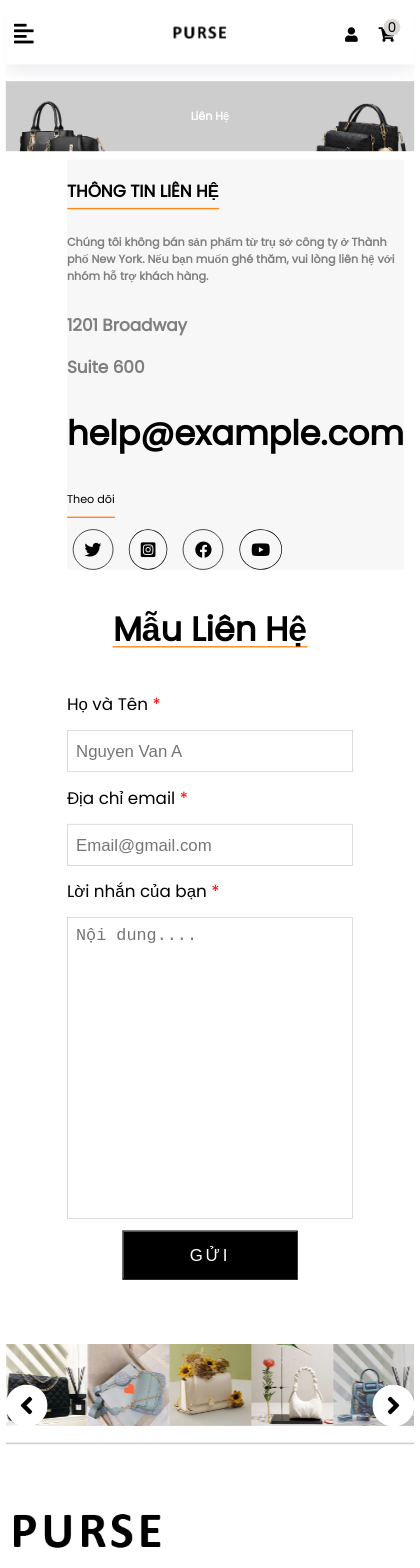
Repository: minh352623/project_firebase
Page: contact.html
The author's editor kept a copy of each file at every save. The page is drawn from the files as they stood at one save, then again after the next save.
The browser window is 600 px wide. The pictures show the part of the page from y = 0 to 2240 px (the page is 3188 px tall before and 3200 px after), at 70% of full size.
Some web libraries are served in a nearby version.

Above is the page before, as saved 2022-05-12 20:18:13.

### contact.html
<!DOCTYPE html>
<html lang="en">

<head>
  <meta charset="UTF-8" />
  <meta http-equiv="X-UA-Compatible" content="IE=edge" />
  <meta name="viewport" content="width=device-width, initial-scale=1.0" />
  <link rel="icon" href="./assets/img/logo.webp">

  <link rel="stylesheet" href="https://cdnjs.cloudflare.com/ajax/libs/font-awesome/5.15.4/css/all.min.css"
    integrity="sha512-1ycn6IcaQQ40/MKBW2W4Rhis/DbILU74C1vSrLJxCq57o941Ym01SwNsOMqvEBFlcgUa6xLiPY/NS5R+E6ztJQ=="
    crossorigin="anonymous" referrerpolicy="no-referrer" />
  <link rel="preconnect" href="https://fonts.googleapis.com" />
  <link rel="preconnect" href="https://fonts.gstatic.com" crossorigin />
  <link href="https://fonts.googleapis.com/css2?family=Poppins&display=swap" rel="stylesheet" />
  <link rel="stylesheet" href="./assets/css/base.css" />
  <link rel="stylesheet" type="text/css" href="https://cdn.jsdelivr.net/npm/slick-carousel@1.8.1/slick/slick.css" />
  <link rel="stylesheet" href="./assets/css/main.css" />
  <link rel="stylesheet" href="./assets/css/contact.css">
  <link rel="stylesheet" href="./assets/css/reponsive.css">

  <title>Liên Hệ</title>
</head>

<body>
  <div class="app">
    <div class="header">
      <div class="navbar">
        <div class="icon-mobile-menu">
          <i class="fas fa-align-left"></i>
        </div>
        <div class="navbar-logo">
          <a href="#">
            <img src="./assets/img/logo.webp" alt="" />
          </a>
        </div>
        <div class="navbar-link ">
          <ul class="navbar-link-list">
            <li class="navbar-link-item mobile-hello"></li>

            <li><a href="trangchu.html" class="navbar-link-item">Trang Chủ</a></li>
            <li><a href="introduce.html" class="navbar-link-item">Giới Thiệu</a></li>
            <li class="link-hover">
              <a href="./product.html" class="navbar-link-item">Sản Phẩm<i class="fas fa-angle-down"></i></a>
              <ul class="product-selsect">
                <li><a href="">Yêu Thích</a></li>
                <li><a href="">Giảm Giá</a></li>
              </ul>
            </li>
            <li><a href="contact.html" class="navbar-link-item">Liên Hệ</a></li>
            <li><a href="" class="navbar-link-item">Thanh Toán</a></li>
            <li><a href="./register.html" class="navbar-link-item delete-log mobile-register">Đăng ký</a></li>
            <li><a href="./index.html" class="navbar-link-item delete-log mobile-login">Đăng nhập</a></li>
            <li><a href="./index.html" class="navbar-link-item mobile-exit">Thoát</a></li>
          </ul>
        </div>

        <div class="navbar-icon">
          <div class="navbar-log">
            <div class="log-in">
              <span>
                <a class="log-in-icon" href="./index.html">
                  Đăng nhập
                </a>
              </span>
            </div>
            <div class="register">
              <span class="register-char">/</span>
              <span><a class="register-icon" href="./register.html">Đăng ký</a></span>
            </div>
          </div>
          <div class="hello ">
            <span>Chào!</span>
            <span class="name-user "></span>
            <span >|</span>
            <a href="./index.html" class="exit">Thoát</a>
          </div>
          <div class="navbar-icon-list">
            <a href="./user.html " class="navbar-icon-item user-icon">
              <i class="fas fa-user"></i>
            </a>
            <span class="navbar-icon-item cart">
              <i class="fas fa-cart-plus"></i>
              <span class="quantity-item">0</span>

            </span>
            <span class="navbar-icon-item search">
              <i class="fas fa-search"></i>
            </span>
          </div>
        </div>
      </div>
    </div>

    <div class="main">
      <div class="contact-banner">
        <h2 class="contact-title">
          Liên Hệ
        </h2>
        <div class="contact-link none">
          <span>Trang chủ</span>
          <span>></span>
          <span>Liên hệ</span>

        </div>
      </div>
      <div class="contact-container">
        <div class="contact-top">
          <div class="contact-top__layout">
            <div class="contact-info">
              <h2 class="contact-info-border">THÔNG TIN LIÊN HỆ</h2>
              <p class="contact-content">Chúng tôi không bán sản phẩm từ trụ sở công ty
                ở Thành phố New York. Nếu bạn muốn ghé thăm, vui lòng liên hệ với nhóm hỗ trợ khách hàng.</p>
              <div>

                <p>1201 Broadway</p>
                <p> Suite 600</p>
              </div>
              <h2 class="contact-email">help@example.com</h2>
              <p class="contact-info-border">Theo dõi</p>

              <div class="contact-info__icon">
                <span class="contact-info__icon-tw">
                  <i class="fab fa-twitter"></i>
                </span>
                <span class="contact-info__icon-insta">
                  <i class="fab fa-instagram-square"></i>
                </span>
                <span class="contact-info__icon-face">
                  <i class="fab fa-facebook"></i>
                </span>
                <span class="contact-info__icon-youtube">
                  <i class="fab fa-youtube"></i>
                </span>
              </div>


            </div>
            <div class="contact-images ">
              <img src="./assets/img/contact/contact-bn2.png" alt="">
            </div>
          </div>

        </div>
        <div class="contact-form">
          <h1>Mẫu Liên Hệ</h1>
          <form class="contact-form-content">
            <div class="contact-form-content-top">
              <div class="contact-form-content-left">
                <div class="contact-form-content-item">
                  <p>Họ và Tên</p>
                  <span>*</span>
                </div>
                <input required type="text" placeholder="Nguyen Van A">
              </div>
              <div class="contact-form-content-right">
                <div class="contact-form-content-item">
                  <p>Địa chỉ email</p>
                  <span>*</span>
                </div>
                <input required type="email" placeholder="Email@gmail.com">
              </div>
            </div>
            <div class="contact-form-content-bot">
              <div class="contact-form-content-item">
                <p>Lời nhắn của bạn</p>
                <span>*</span>
              </div>
              <textarea required name="" id="" cols="50" rows="15" placeholder="Nội dung...."></textarea>
            </div>
            <div class="contact-form-content-btn">
              <button type="submit">GỬI</button>
            </div>

          </form>
        </div>

      </div>
      <div class="contact-instagram">
        <div class="contact-instagram-list">
          <div class="contact-instagram-list-item">
            <img src="./assets/img/contact/instagram1.webp" alt="">
            <div class="contact-instagram-list-item-hover">
              <i class="fab fa-instagram"></i>
            </div>
          </div>
          <div class="contact-instagram-list-item">
            <img src="./assets/img/contact/instagram2.webp" alt="">
            <div class="contact-instagram-list-item-hover">
              <i class="fab fa-instagram"></i>
            </div>
          </div>
          <div class="contact-instagram-list-item">
            <img src="./assets/img/contact/instagram3.webp" alt="">
            <div class="contact-instagram-list-item-hover">
              <i class="fab fa-instagram"></i>
            </div>
          </div>
          <div class="contact-instagram-list-item">
            <img src="./assets/img/contact/instagram4.webp" alt="">
            <div class="contact-instagram-list-item-hover">
              <i class="fab fa-instagram"></i>
            </div>
          </div>
          <div class="contact-instagram-list-item">
            <img src="./assets/img/contact/instagram5.webp" alt="">
            <div class="contact-instagram-list-item-hover">
              <i class="fab fa-instagram"></i>
            </div>
          </div>
          <div class="contact-instagram-list-item">
            <img src="./assets/img/contact/instagram6.webp" alt="">
            <div class="contact-instagram-list-item-hover">
              <i class="fab fa-instagram"></i>
            </div>
          </div>
          <div class="contact-instagram-list-item">
            <img src="./assets/img/contact/instagram7.webp" alt="">
            <div class="contact-instagram-list-item-hover">
              <i class="fab fa-instagram"></i>
            </div>
          </div>



        </div>


      </div>

    </div>

    <div class="footer">
      <div class="footer-content">
        <div class="footer-content-item">
          <div class="footer-content-img">
            <img src="./assets/img/logo.webp" alt="">
          </div>
          <p>Đơn giản tinh tế cho tâm trí độc lập</p>
          <div class="footer-content-icon">
            <a href="#"><i class="fab fa-twitter"></i></a>
            <a href="#"><i class="fab fa-facebook"></i></a>

            <a href="#"><i class="fab fa-instagram-square"></i></a>

          </div>
        </div>
        <div class="footer-content-item">
          <div class="footer-content-item-title">
            <span>Trợ Giúp & Thông Tin</span>
            <ul class="footer-content-item-list">
              <li>Hướng dẫn mua hàng</li>
              <li>Hướng dẫn thanh toán</li>
              <li>Chính sách bảo hành</li>
              <li>Chính sách đổi trả</li>
              <li>Tư vấn khách hàng</li>
            </ul>
          </div>
        </div>
        <div class="footer-content-item">
          <div class="footer-content-item-title">
            <span>Về Chúng Tôi</span>
            <ul class="footer-content-item-list">
              <li>Giới thiệu</li>
              <li>Tin khuyến mãi</li>
              <li>Liên hệ</li>
              <li>Địa chỉ cửa hàng</li>
              <li>Chính sách bảo mật </li>
            </ul>
          </div>
        </div>
        <div class="footer-content-item">
          <div class="footer-content-item-title">
            <span>Hỗ trợ khách hàng</span>
            <ul class="footer-content-item-list">
              <li>Tài khoản</li>
              <li>Giỏ hàng</li>
              <li>Thanh toán</li>
              <li>Kiểm tra đơn hàng</li>
              <li>Cảm nhận khách hàng</li>
            </ul>
          </div>
        </div>

      </div>



    </div>
  </div>
  <div class="model-cart ">
    <div class="cart-container">
      <div class="cart-top">
        <div class="clear cart-top-close">
          <i class="fas fa-times"></i>
        </div>
        <div class="cart-top-title">
          <span>Giỏ Hàng</span>
        </div>
        <div class="cart-top-quantity">
          <span>1</span>
        </div>

      </div>

      <div class="array-empty"></div>
      <div class="cart-center">
      </div>

      <div class="cart-bottom">
        <div class="cart-bottom-price">
          <span>Tổng tiền:</span>
          <span class="total-price">0</span>
        </div>

        <div class="cart-bottom-btn">
          <a href="#"> <button>Xem giỏ hàng</button></a>
          <a href="#"> <button>Thanh toán</button></a>

        </div>
      </div>
    </div>

  </div>

  <script type="text/javascript" src="https://code.jquery.com/jquery-1.11.0.min.js"></script>
  <script type="text/javascript" src="https://code.jquery.com/jquery-migrate-1.2.1.min.js"></script>
  <script type="text/javascript" src="https://cdn.jsdelivr.net/npm/slick-carousel@1.8.1/slick/slick.min.js"></script>
  <script src="./js/slick.js"></script>
  <script src="./js/main.js" type="module"></script>
  <script src="./js/user.js"></script>

</body>

</html>

### assets/css/base.css
:root{
    --background-main:#e4e4e4;
    --hover-color:#ff871d ;
    --white-color:#fff;
    --text-color: #000;

}

*{
    box-sizing:  border-box;
}

html{
    /* 16px */
    font-size: 100%;
    line-height: 1.6rem;
    font-family: 'Poppins', sans-serif;
    scroll-behavior: smooth;
}

### assets/css/contact.css
.contact-banner{
    background-image: url('../img/contact/contact-bn1.png');
    background-size: contain;
    height: 60vh;
    display: flex;
    flex-direction: column;
    justify-content: center;
    align-items: center;
}

.contact-title {
    color: #fff;
    font-size: 3rem;
}
.contact-link {
    font-size: 1.5rem;
    color: #fff;


}
.contact-container{

    width: 80%;
    margin: 24px auto;
}
.contact-top{
    display: flex;
    justify-content: center;
}
.contact-top__layout{
    display: grid;
    grid-template-columns: 1fr 1fr;
    background-color: #f7f7f7;
    padding: 8px;
}
.contact-info{
    padding: 0 30px;
    display: flex;
    flex-direction: column;
    justify-content: space-between;

}

.contact-images img{
    width: 100%;
    height: 100%;
    object-fit: cover;
}
.contact-info >div,
.contact-content{
    font-weight: 600;
    color: rgb(129, 126, 126);
    font-size: 1.5rem;
    line-height: 1.5;

}
.contact-email{
    font-size: 3rem;
}
.contact-info > p:nth-child(2){
    font-size: 1.4rem;
}


.contact-info__icon i{
    margin: 0 8px;
    padding: 16px;
    border: 1px solid #000;
    border-radius:50%;
    color: #000;
    cursor: pointer;

}
.contact-info__icon i:hover{
    background-color: var(--hover-color);
    color: var(--white-color)
}
.contact-form h1,
.contact-info-border{
    border-bottom: 2px solid #ff871d;
    display: inline;
    width: fit-content;
    padding: 12px 0;
}

.contact-form{
    display: flex;
    flex-direction: column;
    margin: 48px 0;
}
.contact-form h1{
    text-align: center;
    margin: 12px auto;
    font-size:3rem;
}
.contact-form-content{
    margin: 32px 0;
    font-size: 1.5rem;
}
.contact-form-content-top{
    display: grid;
    grid-template-columns: 1fr 1fr;
    grid-gap: 0 24px;
}

.contact-form-content-right input,
.contact-form-content-left input{
    width: 100%;
    height: 60px;
    font-size: 1.5rem;
    padding: 12px;
    border:1px solid #ccc;
}

.contact-form-content-bot textarea{
    width: 100%;
    resize: none;
    font-size: 1.5rem;
    padding: 12px;
    border-color: #ccc;

}
.contact-form-content-item p{
  display: inline-block;
}
.contact-form-content-item span{
    color: red;
    font-size: 1.5rem;
}

.contact-form-content-btn{
    text-align: center;
    padding: 12px;

}
.contact-form-content-btn button{
    width: 250px;
    height: 70px;
    font-size: 1.5rem;
    color: var(--white-color);
    background-color: var(--text-color);
    letter-spacing: 4px;
    cursor: pointer;
}
.contact-form-content-btn button:hover{
    background-color: var(--hover-color);
    border: 0;
}


.contact-instagram-list-item{
    position: relative;
    display: grid;
    grid-template-columns: repeat(4, 1fr);
    overflow: hidden;
}
.contact-instagram-list-item img{
    width: 100%;
    transition: all 0.6s ease;
    object-fit: cover;
}
.contact-instagram-list-item-hover{
    position: absolute;
    top: 0;
    left: 0;
    bottom: 0;
    right: 0;
    display: flex;
    justify-content: center;
    align-items: center;
    color: var(--white-color);
    font-size: 3rem;
    background-color: rgba(0, 0, 0, 0.6);
    visibility: hidden;
    opacity: 0;
    transition: all 1s ease;

}
.contact-instagram-list-item:hover img {
    transform: scale(1.2);
}

.contact-instagram-list-item:hover .contact-instagram-list-item-hover{
 visibility: visible;
 opacity: 1;

}
.user-icon{
    text-decoration: none;
    color: #000;
}

### assets/css/reponsive.css

@media (min-width: 740px) and (max-width: 1023px){

}
/* mobile */
@media  (max-width: 739px){
    .navbar-logo img {
        width: 75px;
    }
    .search {
        display: none;
    }
    .navbar-link {
        position: fixed;
        background-color: rgba(0, 0, 0, 0.4);
        z-index: 999;
        top: 0;
        bottom: 0;
        right: 0;
        left: 0;
        visibility: hidden;


    }
    .navbar-link.active{
        visibility: visible;
    }
    .navbar-link.active .navbar-link-list{
        transform: translateX(0);
        opacity: 1;
    }
    .navbar-link-list{
        position: absolute;
        background-color: #fff;
        top: 0;
        left: 0;
        bottom: 0;
        flex-direction: column;
        margin-top: 0;
        box-shadow: rgba(149, 157, 165, 0.2) 0px 8px 24px;
        width: 300px;
        transform: translateX(-100%);
        opacity: 0;
        transition: all 0.5s ease;
    }
    .navbar-link-list li{


        border-bottom: 0.5px solid #999;
    }

    .navbar-link-list li a{
        text-align: left;

        padding: 8px;
        margin: 20px 0;
        display: flex;
        font-size: 1.2rem;
        text-transform: uppercase;
    }
    .navbar-log{
        display: none;
    }
    .icon-mobile-menu {
        display: block;
        margin-right: 50px;
    }
    .main-banner{
        grid-template-columns: repeat(1,1fr);
        grid-gap:12px 0
    }
    .main-conent{
        display: none;
    }
    .main-product {
        grid-template-columns: repeat(1,1fr);
        overflow-y: auto;
    }
    .main-time{
        display: none;
    }
    .none{
        display: none;
    }
    .main-blog-list{
        grid-template-columns: 1fr;
    }
    .footer-content{
        grid-template-columns: repeat(1,1fr);
    }


    /* Introduce */
    .contact-banner{
        background-repeat: no-repeat;
        height: 100px;
        width: 100%;
        background-size: cover;
    }
    .contact-title{
        font-size: 1rem;


    }
    .main-content{
        width: 100%;
    }
    .main-content-text{
        padding: 0;
    }
    .main-content-item{
        grid-template-columns: repeat(1,1fr);
    }
    .main-content .main-content-item:nth-child(2){
        display: flex;
        flex-direction: column-reverse;
    }

    .page-product{
        grid-template-columns: repeat(2 ,1fr);
    }
    .contact-top__layout{
    display: grid;
    grid-template-columns: repeat(1,1fr);
    grid-gap:12px 0

    }
    .contact-container{
        width: 70%;
        margin: auto;
    }
    .contact-top{
        margin-top: 12px;
        width: fit-content;
    }
    .contact-top__layout,
    .contact-info{
        padding: 0;
    }
    .contact-form-content{
        display: grid;
        grid-template-columns: repeat(1,1fr);
    }
    .contact-form-content-top{
        grid-template-columns: repeat(1,1fr);
    }
    .cart-container{
        width: 80%;
    }
    .contact-images {
        display: none;
    }

    /* login */
    .main{
        width: 100%;
    }
    .main-login form{
        grid-template-columns: repeat(1, 1fr);
    }
    .main-login{
        width: 100%;
        margin: 0;
    }

    .main-login-item input{
        width: 100%;
    }
    .main-register,
    .mess{
        width: 100%;
    }
    .main-register form{
        grid-template-columns: repeat(1,1fr);
    }
    .main-register-item input{
        width: 100%;
    }
    .hello{
        display: none;
    }
    .mobile-heollo,
    .delete-log,
    .mobile-exit{
        display: block;
    }

    /* contact */
    .contact-info > p:nth-child(2){
        font-size: 1rem;
    }
    .contact-top__layout, .contact-info{
        width: 100%;
    }
}

Loaded but not shown: js/main.js (210 lines, source omitted); js/data.js (167 lines, source omitted); js/user.js (50 lines, source omitted); js/slick.js (33 lines, source omitted); assets/css/main.css (640 lines, source omitted)

After the next save:
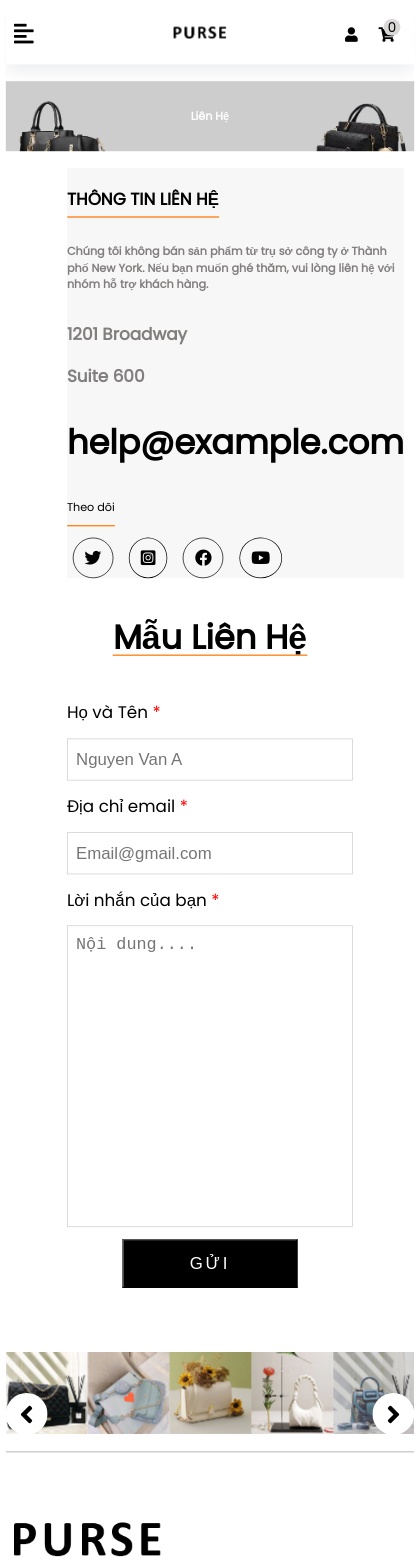
Saved 7 s later.
--- a/assets/css/reponsive.css
+++ b/assets/css/reponsive.css
@@ -127,7 +127,7 @@
     }
     .contact-container{
         width: 70%;
-        margin: auto;
+
     }
     .contact-top{
         margin-top: 12px;
